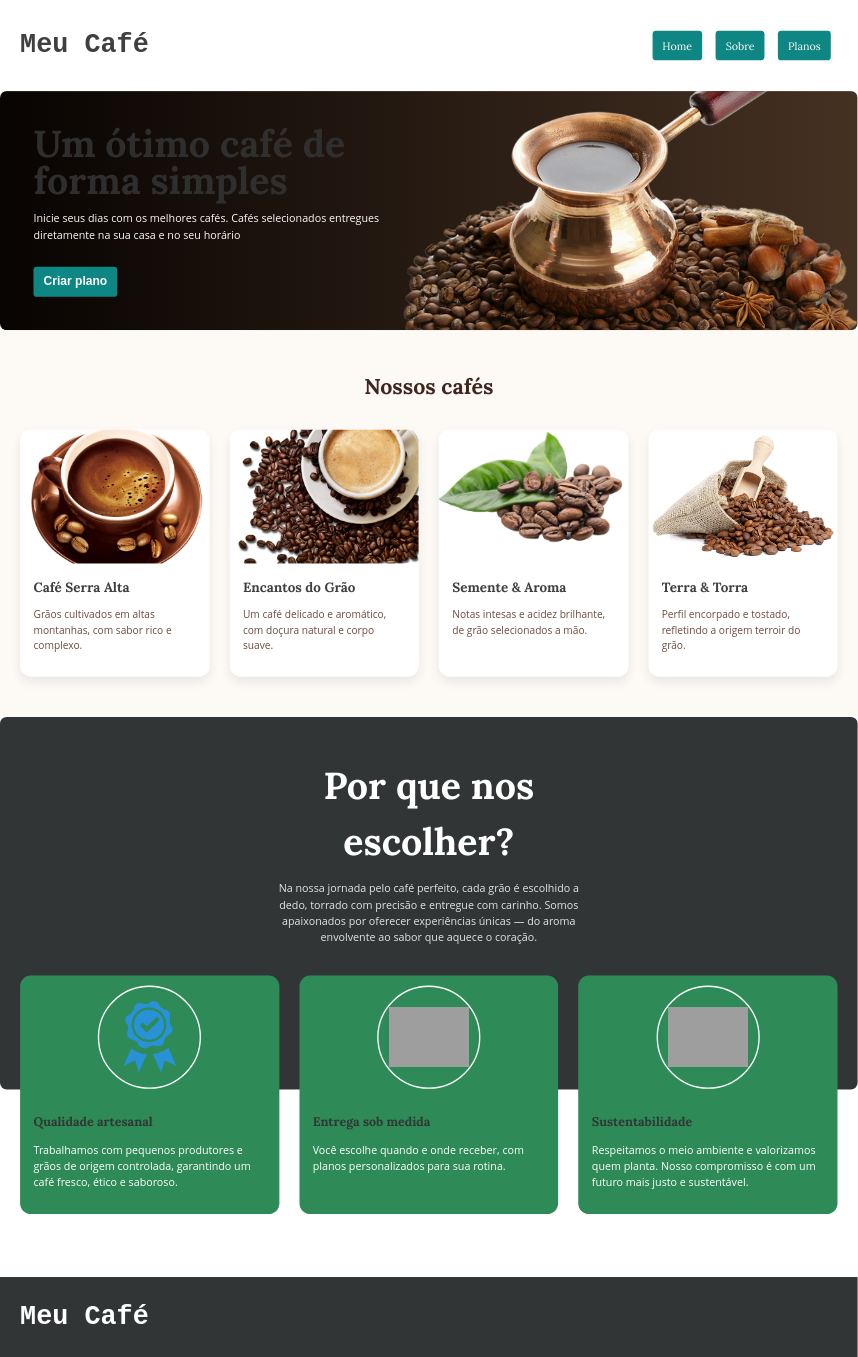
Repository: meiotera/meu_cafe.dev
Page: /
An editor plug-in stored every save of this project. The page is shown before and after the next save, followed by the edit.
The browser window is 1280 px wide. The pictures show the whole page, at 67% of full size.
Pictures or frames that could not be fetched are drawn as grey boxes. The project was rebuilt for these pictures with package versions that can differ from the ones it lists, and the page was loaded fresh each time. Also part of the build but not shown: vite.config.js, src/Pages/AboutUs.jsx, src/Pages/YourPlane.jsx.

Above is the page before, as saved 2025-04-03 18:44:42.

After the next save:
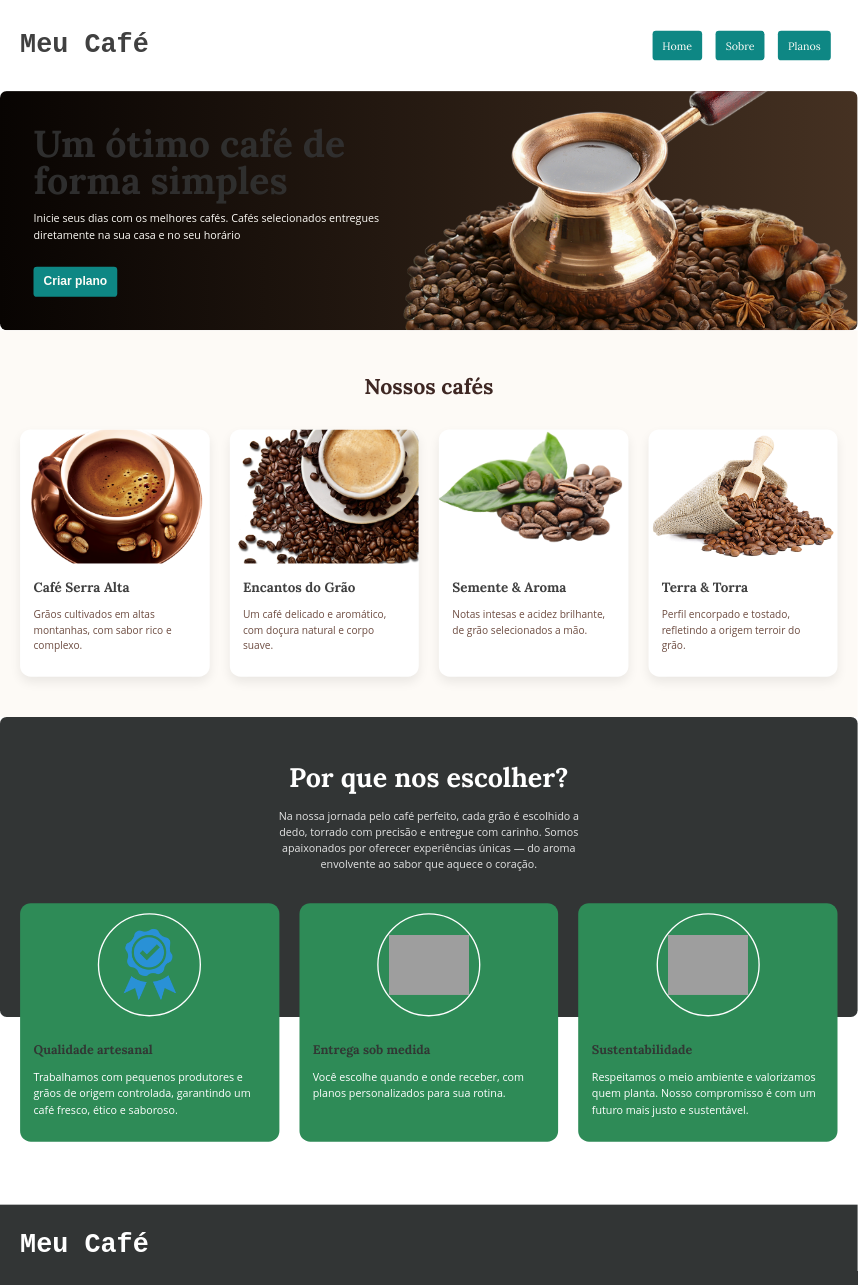
Saved 5 s later.
--- a/src/Pages/Home.module.css
+++ b/src/Pages/Home.module.css
@@ -27,7 +27,7 @@
 }
 
 .porque .descricao h2 {
-  font-size: 3.5em;
+  font-size: 2.5em;
   color: #fff;
 }
 
